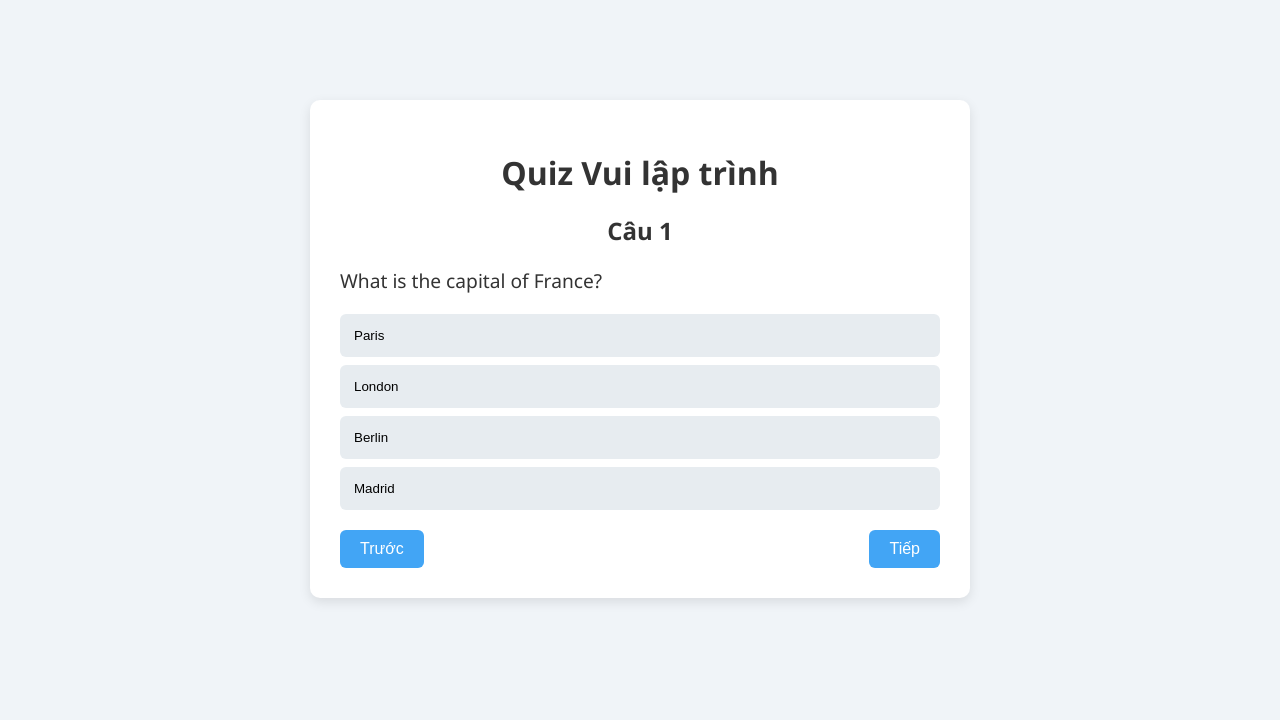
Repository: HuynhPPP/Quiz_App
Page: /
The author's editor kept a copy of each file at every save. The page is drawn from the files as they stood at one save, then again after the next save.
The browser window is 1280 px wide. The pictures show the whole page.
The project was rebuilt for these pictures with package versions that can differ from the ones it lists, and the page was loaded fresh each time. Also part of the build but not shown: vite.config.js.

Above is the page before, as saved 2025-09-26 14:35:04.

### index.html
<!doctype html>
<html lang="en">
  <head>
    <meta charset="UTF-8" />
    <link rel="icon" type="image/svg+xml" href="/vite.svg" />
    <meta name="viewport" content="width=device-width, initial-scale=1.0" />
    <title>Quiz Vui lập trình</title>
  </head>
  <body>
    <div id="root"></div>
    <script type="module" src="/src/main.jsx"></script>
  </body>
</html>

### src/index.css
/* Global reset and styling */
body {
  margin: 0;
  padding: 0;
  font-family: "Segoe UI", Tahoma, Geneva, Verdana, sans-serif;
  background: #f0f4f8;
  color: #333;
}

/* Container styling for the app */
.container {
  max-width: 600px;
  margin: 100px auto;
  background: #fff;
  padding: 30px;
  border-radius: 10px;
  box-shadow: 0 4px 12px rgba(0, 0, 0, 0.1);
}

/* Header styling */
h1,
h2 {
  text-align: center;
  margin-bottom: 20px;
}

/* Styling the question text */
.question {
  font-size: 1.2em;
  margin-bottom: 20px;
}

/* Option button styling */
.option {
  display: block;
  width: 100%;
  padding: 12px;
  margin: 8px 0;
  border: 2px solid transparent;
  border-radius: 6px;
  background: #e7ecf0;
  cursor: pointer;
  text-align: left;
  transition: background 0.3s, border 0.3s;
}

.option:hover {
  background: #d6dde5;
}

.option.selected {
  background: oklch(92.9% 0.013 255.508);
  border: 2px solid oklch(55.4% 0.046 257.417);
  color: oklch(37.2% 0.044 257.287);
}

/* Navigation button styles */
.nav-buttons {
  display: flex;
  justify-content: space-between;
  margin-top: 20px;
}

.nav-buttons button {
  padding: 10px 20px;
  border: none;
  background: #42a5f5;
  color: white;
  border-radius: 6px;
  cursor: pointer;
  font-size: 1em;
  transition: background 0.3s;
}

.nav-buttons button:hover {
  background: #1e88e5;
}

.nav-buttons button:disabled {
  background: #a0c4e3;
  cursor: not-allowed;
}

.result-button {
  display: block;
  padding: 10px 20px;
  border: none;
  background: oklch(55.4% 0.046 257.417);
  color: white;
  border-radius: 6px;
  cursor: pointer;
  font-size: 1em;
  transition: background 0.3s;
}

.result-button:hover {
  background: #1e88e5;
}

/* Score display styling */
.score {
  font-size: 1.4em;
  text-align: center;
  margin: 20px 0;
}

.correct-answer {
  color: oklch(70.4% 0.14 182.503);
}

.incorrect-answer {
  color: oklch(64.5% 0.246 16.439);
}

p.result {
  text-align: center;
  margin: 40px;
}

.resultButtonsContainer {
  display: flex;
  justify-content: center;
  gap: 20px;
}

### src/App.jsx
import Quiz from "./components/Quiz"

function App() {
  return (
    <div className="container">
      <h1>Quiz Vui lập trình</h1>
      <Quiz />
    </div>
  )
}

export default App

### src/components/Quiz.jsx
import React from 'react'

const quizData = [
    {
        question: "What is the capital of France?",
        options: ["Paris", "London", "Berlin", "Madrid"],
        answer: "Paris"
    },
    {
        question: "What is the capital of Germany?",
        options: ["Berlin", "London", "Madrid", "Paris"],
        answer: "Berlin"
    },
    {
        question: "What is the capital of Italy?",
        options: ["Rome", "London", "Madrid", "Paris"],
        answer: "Rome"
    },
    {
        question: "What is the capital of Spain?",
        options: ["Madrid", "London", "Paris", "Rome"],
        answer: "Madrid"
    },
    {
        question: "What is the capital of Portugal?",
        options: ["Lisbon", "London", "Madrid", "Paris"],
        answer: "Lisbon"
    },

]

const Quiz = () => {
    let optionSelected = "abc";
    const handleSelectOption = (option) => {
        console.log(option)
    }

    return (
        <div>
            <h2>Câu 1</h2>
            <p className='question'>{quizData[0].question}</p>

            {quizData[0].options.map((option, index) => (
                <button
                    key={index}
                    className='option'
                    onClick={() => handleSelectOption(option)}
                >
                    {option}
                </button>
            ))}
            <div className='nav-buttons'>
                <button>Trước</button>
                <button>Tiếp</button>
            </div>
        </div>
    )
}

export default Quiz

Loaded but not shown: src/main.jsx (common file)

After the next save:
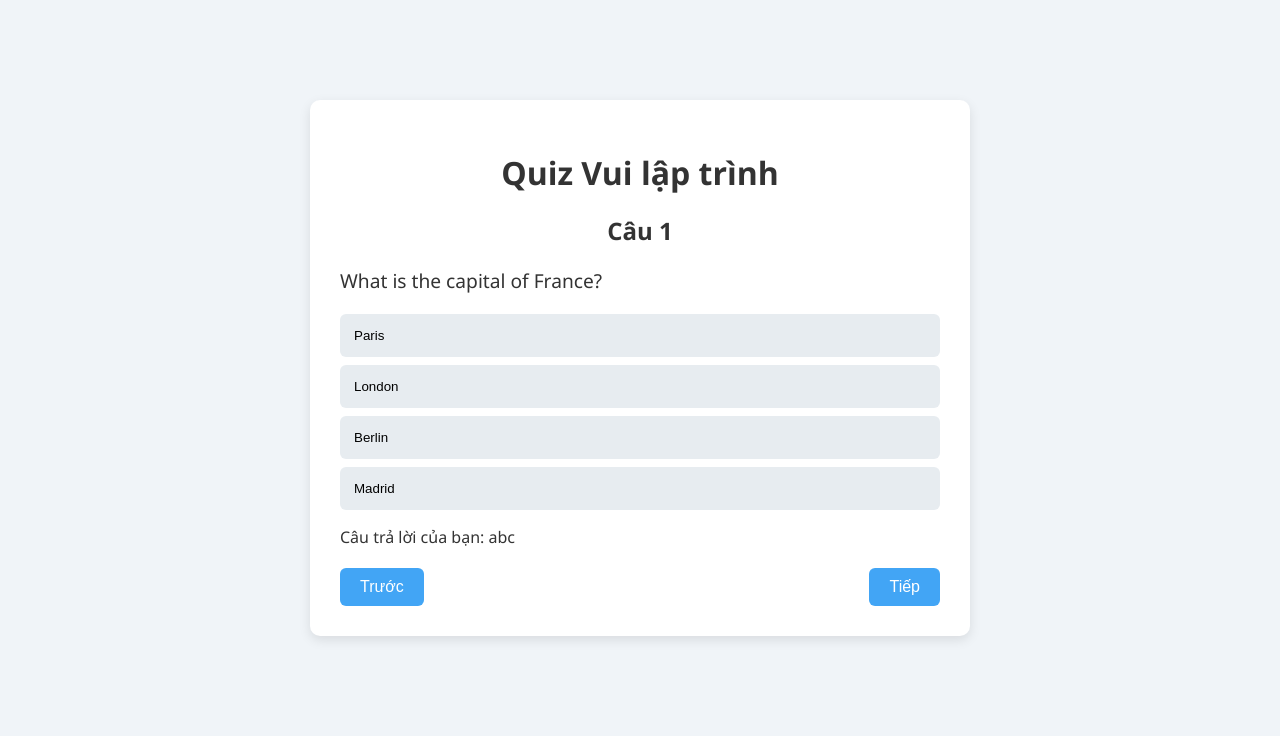
Saved 20 s later.
--- a/src/components/Quiz.jsx
+++ b/src/components/Quiz.jsx
@@ -49,6 +49,9 @@ const Quiz = () => {
                     {option}
                 </button>
             ))}
+
+            <p>Câu trả lời của bạn: {optionSelected}</p>
+
             <div className='nav-buttons'>
                 <button>Trước</button>
                 <button>Tiếp</button>
